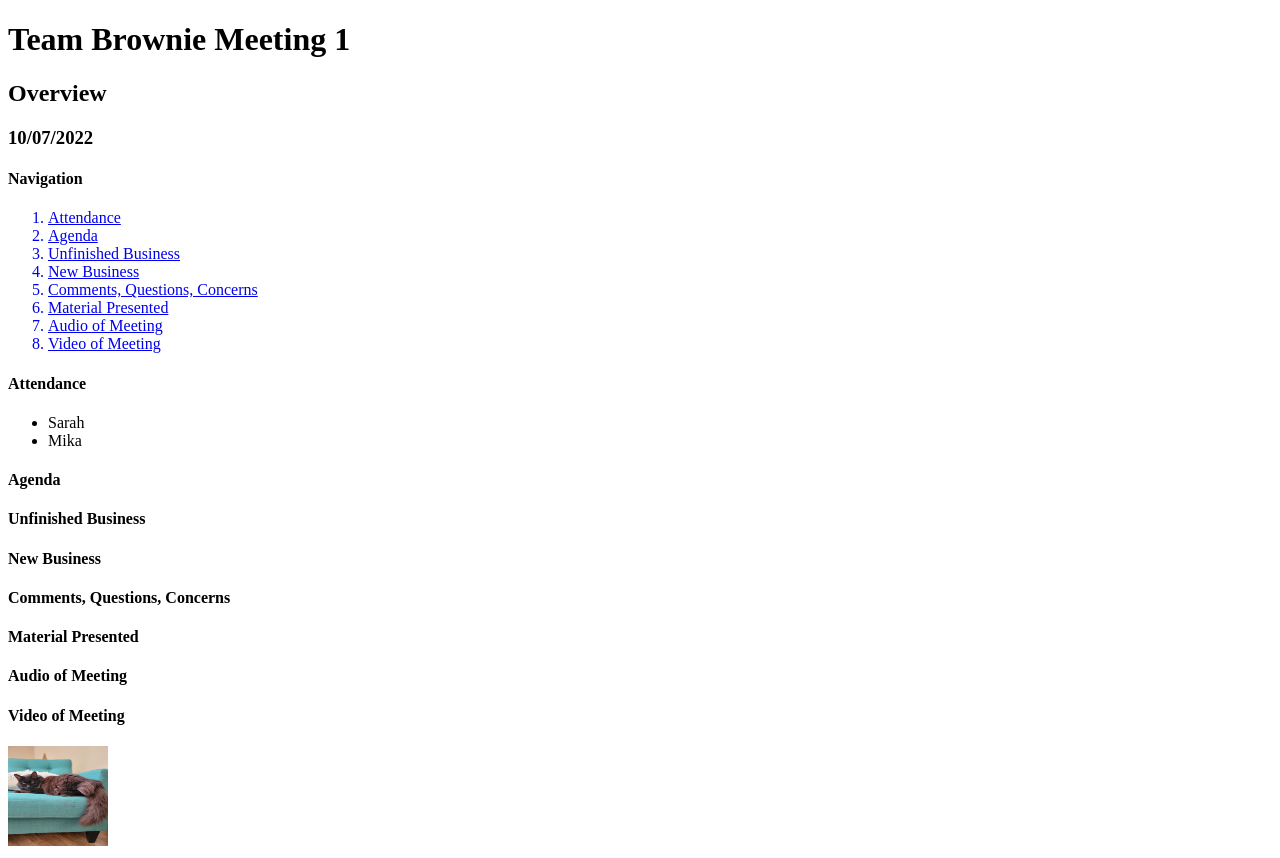
Repository: sarahtthomson/fa22-cse110-lab3
Page: index.html
These files come from the project's save history. The page is drawn as it stood at one moment and after the next save; the edit follows.
The browser window is 1280 px wide. The pictures show the whole page.

Above is the page before, as saved 2022-10-07 15:10:18.

After the next save:
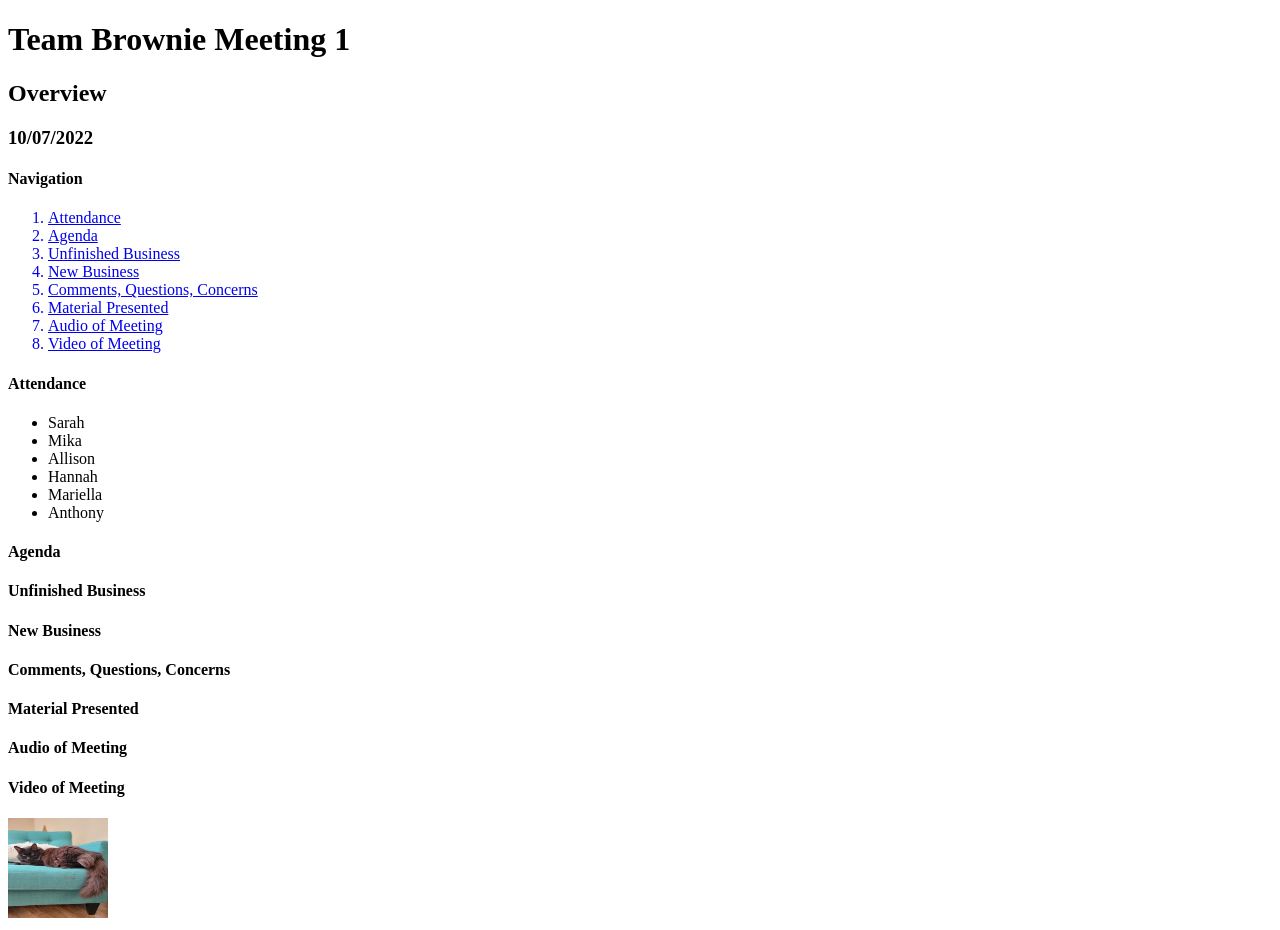
Saved 80 s later.
--- a/index.html
+++ b/index.html
@@ -30,6 +30,10 @@
                 <ul>
                     <li>Sarah</li>
                     <li>Mika</li>
+                    <li>Allison</li>
+                    <li>Hannah</li>
+                    <li>Mariella</li>
+                    <li>Anthony</li>
                 </ul>
             </div>
             <div class="Agenda" id="Agenda">
